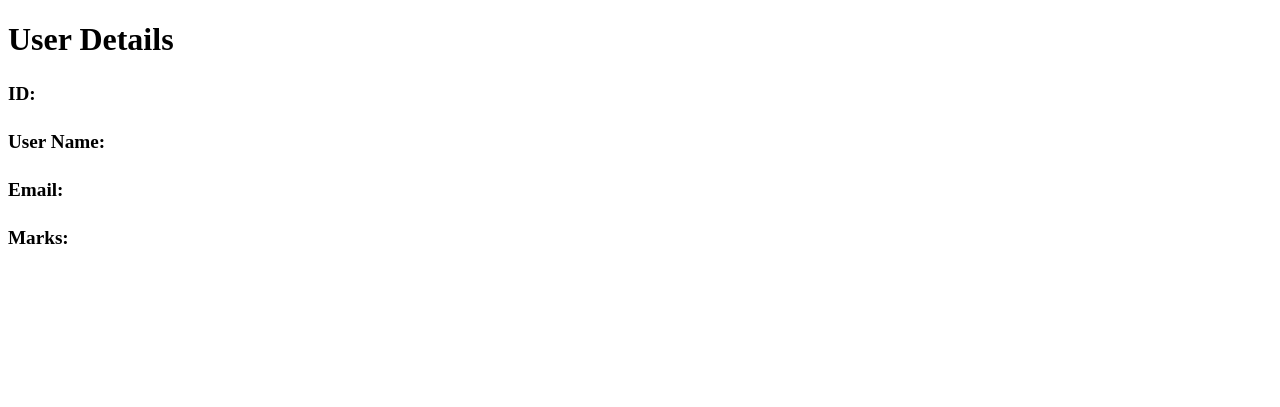
Repository: chetanchavan30/Optifyx
Page: http://localhost/OnlineExaminationSystem/view.jsp
These files come from the project's save history. The page is drawn as it stood at one moment and after the next save; the edit follows.
The browser window is 1280 px wide. The pictures show the whole page.
The page is served by Tomcat 10. Other server files are loaded and not shown.

Above is the page before, as saved 2025-01-25 19:37:31.

### OnlineExaminationSystem/src/main/webapp/view.jsp
<!DOCTYPE html>
<html lang="en">
<head>
    <meta charset="UTF-8">
    <meta name="viewport" content="width=device-width, initial-scale=1.0">
    <title>User Details</title>
    <style>

        .user-details {
            margin-top: 20px;
        }
        .user-details p {
            font-size: 1.2rem;
            line-height: 1.5;
        }
    </style>
</head>
<body>
    <div class="container">
        <h1>User Details</h1>
        <div class="user-details">
            <p><strong>ID:</strong> ${user.uId}</p>
            <p><strong>User Name:</strong> ${user.userName}</p>
            <p><strong>Email:</strong> ${user.email}</p>
            <p><strong>Marks:</strong> ${user.marks}</p>
        </div>
    </div>
</body>
</html>

After the next save:
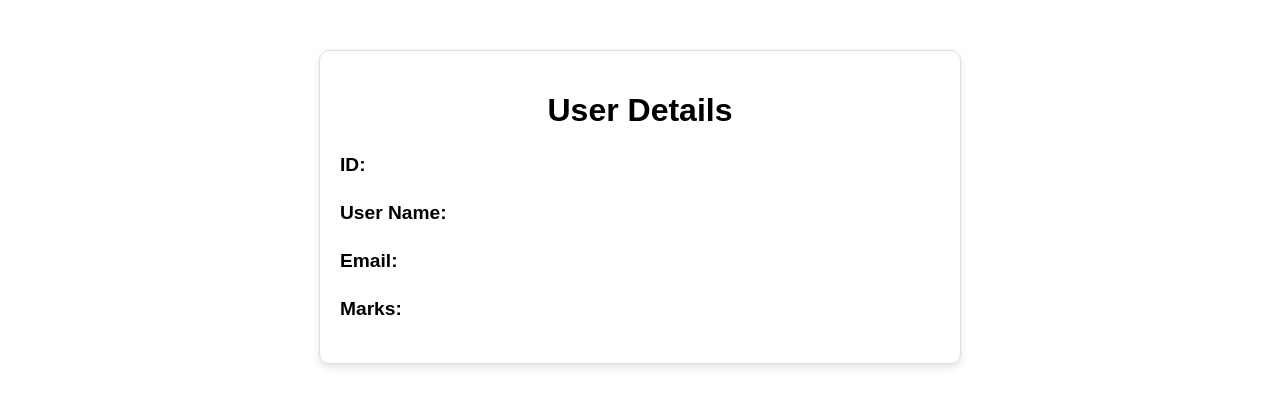
Saved 24 s later.
--- a/OnlineExaminationSystem/src/main/webapp/view.jsp
+++ b/OnlineExaminationSystem/src/main/webapp/view.jsp
@@ -5,7 +5,18 @@
     <meta name="viewport" content="width=device-width, initial-scale=1.0">
     <title>User Details</title>
     <style>
-
+        .container {
+            max-width: 600px;
+            margin: 50px auto;
+            padding: 20px;
+            border: 1px solid #ddd;
+            border-radius: 10px;
+            box-shadow: 0 4px 8px rgba(0, 0, 0, 0.1);
+            font-family: Arial, sans-serif;
+        }
+        .container h1 {
+            text-align: center;
+        }
         .user-details {
             margin-top: 20px;
         }
